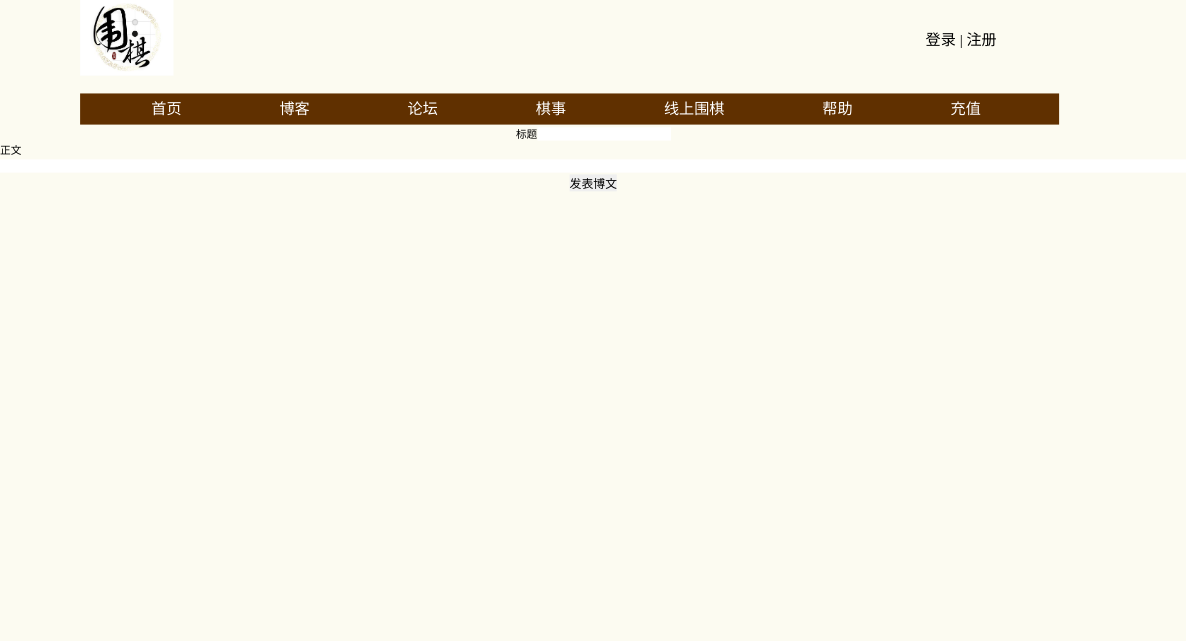
Repository: yxh0/Go
Page: http://localhost/keshe/keshe/blog_post.jsp
These files come from the project's save history. The page is drawn as it stood at one moment and after the next save; the edit follows.
The browser window is 1280 px wide. The page is 1333 px wide, then 1280 px, so the pictures cover 1333 px, including what lies to the right of the window. The pictures show the whole page, at 89% of full size.
The page is served by Tomcat 9. Other server files are loaded and not shown.

Above is the page before, as saved 2020-06-11 04:06:58.

### SoftwareProjectGo/keshe/WebContent/keshe/blog_post.jsp
<%@ page language="java" contentType="text/html; charset=UTF-8"
    pageEncoding="UTF-8"%>
<%@ page import="java.sql.*" %>
<!DOCTYPE html>
<html>
<head>
<meta charset="UTF-8">
<title>博客页面</title>
<link rel="stylesheet" href="css/init.css">
<link rel="stylesheet" href="css/public.css">
<link rel="stylesheet" href="css/blog_post.css">
</head>
<body>
	<div class="header w">
		<div class="logo">
			<img src="images/logo.jpg" alt="" />
		</div>
		<div class="login">
			<ul>
				<li>
					<a href="login.jsp">登录</a> |
					<a href="register.jsp">注册</a>
				</li>
			</ul>
		</div>
	</div>
	<!-- 导航栏 -->
	<div class="nav w">
		<div class="container">
			<ul class="left">
		    	<li><a href="index.jsp" >首页</a></li>
		    	<li><a href="blog.jsp" >博客</a></li>
		    	<li><a href="luntan.jsp" >论坛</a></li>
		    	<li><a href="qishi.jsp" >棋事</a></li>
		    	<li><a href="xianshangweiqi.jsp" >线上围棋</a></li>
		    	<li><a href="bangzhu.jsp" >帮助</a></li>
		    	<li><a href="chongzhi.jsp" >充值</a></li>
			</ul>
  		</div>
	</div>
	<div class="blogg">
		<div class="border w"></div>
		<form action="insertServlet?dataBase=weiqiluntan&tableName=chess_user" name="register" method="post">
			<center>标题<input name="blog_title" type="text" type="password" class="code"><br></center>
				正文<br><input name="blog_text" style="width:100em" type="text" placeholder="" class="code"><br>
			<center><input type="submit" value="发表博文" class="now-register"></center>
         </form>
	</div>
</body>
</html>

### SoftwareProjectGo/keshe/WebContent/keshe/css/init.css
@charset "UTF-8";
/* 基础的初始化 */
* {
    margin: 0;
    padding: 0;
    box-sizing: border-box;
}
/* em 和 i 斜体的文字不倾斜 */
em,
i {
    font-style: normal
}

li {
    list-style: none
}

img {
    border: 0;
    vertical-align: middle
}

button {
    cursor: pointer
}

a {
    text-decoration: none
}

button,
input {
    font-family: Microsoft YaHei, Heiti SC, tahoma, arial, Hiragino Sans GB, "\5B8B\4F53", sans-serif;
    /* 默认有灰色边框我们需要手动去掉 */
    border: 0;
    outline: none;
}

body {
    -webkit-font-smoothing: antialiased;
    background-color: #fff;
    font: 12px/1.5 Microsoft YaHei, Heiti SC, tahoma, arial, Hiragino Sans GB, "\5B8B\4F53", sans-serif;
    color: black;
}

.hide,
.none {
    display: none
}
/* 清除浮动 */
.clearfix:after {
    visibility: hidden;
    clear: both;
    display: block;
    content: ".";
    height: 0
}

.clearfix {
    *zoom: 1
}

### SoftwareProjectGo/keshe/WebContent/keshe/css/public.css
@charset "UTF-8";
/* 版心 */
body {
	background-color: #fcfbf1;
}
.w {
    width: 1100px;
    margin: 0 auto;
}
.nav {
    height: 35px;
    background-color: #603000;
    line-height: 35px;
}
.nav ul li{
	float: left;
}
.nav li a{
	color: white;
	font-size: 17px;
	border-right: 20px;
	padding: 20px 30px;
	margin-left: 50px;
}
.nav li a:hover{
	color: yellow;
}
.header {
    position: relative;
    height: 105px;
}
.logo {
	position: absolute;
	width: 105px;
	height: 85px;
}
.logo img {
	width: 100%;
	height: 100%;
}
.login {
	margin-left: 950px;
	margin-top: 30px;
	position: absolute;
	font: 17px Microsoft YaHei;
	text-align: center;
}
.login li a{
	color: black;
}
.login li a:hover {
	color: #ebc21f;
}
.footer p {
    width: 250px;
    font-size: 20px;
    color: #7B7B7B;
    margin: 60px auto;
}

### SoftwareProjectGo/keshe/WebContent/keshe/css/blog_post.css
@charset "UTF-8";
.big {
	margin-top: 20px;
}
.self {
	float: left;
	margin-right: 30px;
}
.big .self h4,
.big .blogg h4 {
	width: 250px;
	border-bottom: solid 1px #603000;
	margin-bottom: 15px;
	font-size: 15px;
	weight: 500;
	color: #8f6a40;
}
.big .self button {
	width: 120px;
    height: 30px;
    margin: 10px 65px;
    border: 1px solid #E2E2E2;
    text-align: center;
    line-height: 30px;
    font-size: 15px;
    color: #000;
    background: #ededf1;
}
.big .self .info {
	margin-top: 15px;
	margin-left: 75px;
}
.big .self .info p{
	font-size: 14px;
	weight: 500;
	color: #909090;
}
.blogg {
	float: left;
}
.big .blogg h4,
.big .blogg .cont {
	width: 820px;
}
.big .blogg .cont h2 {
	margin: 5px;
}
.big .blogg .cont a {
	color: #000;
}
.big .blogg .cont a:hover {
	color: #ebc21f;
}
.big .blogg .cont p {
	margin-bottom: 35px;
	color: #8a8a8a;
}
.big .blogg .cont .people {
	font-size: 13px;
}

After the next save:
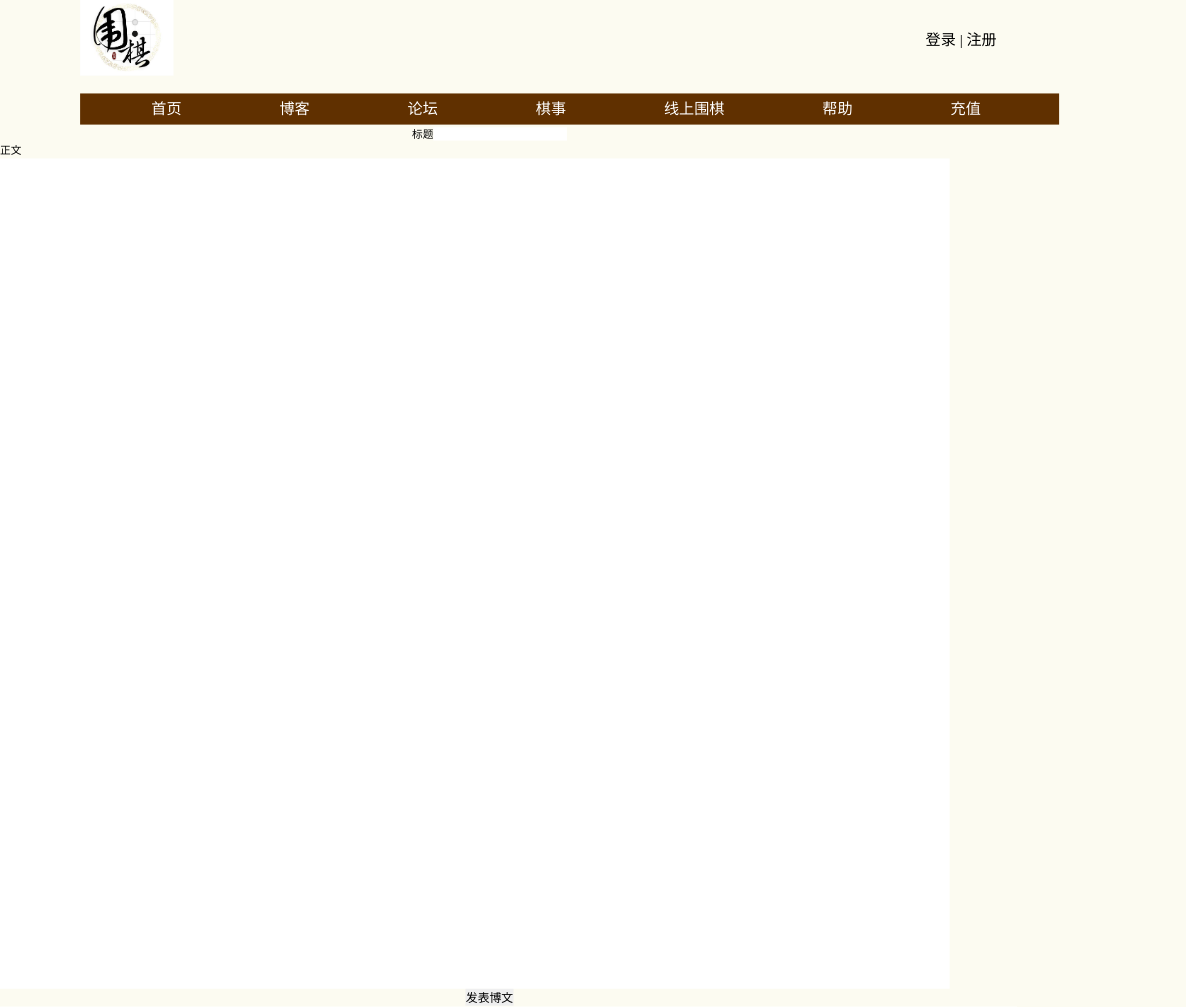
Saved 88 s later.
--- a/SoftwareProjectGo/keshe/WebContent/keshe/blog_post.jsp
+++ b/SoftwareProjectGo/keshe/WebContent/keshe/blog_post.jsp
@@ -42,7 +42,7 @@
 		<div class="border w"></div>
 		<form action="insertServlet?dataBase=weiqiluntan&tableName=chess_user" name="register" method="post">
 			<center>标题<input name="blog_title" type="text" type="password" class="code"><br></center>
-				正文<br><input name="blog_text" style="width:100em" type="text" placeholder="" class="code"><br>
+				正文<br><input name="blog_text" style="width:80em; height:70em" type="text" placeholder="" class="code"><br>
 			<center><input type="submit" value="发表博文" class="now-register"></center>
          </form>
 	</div>
